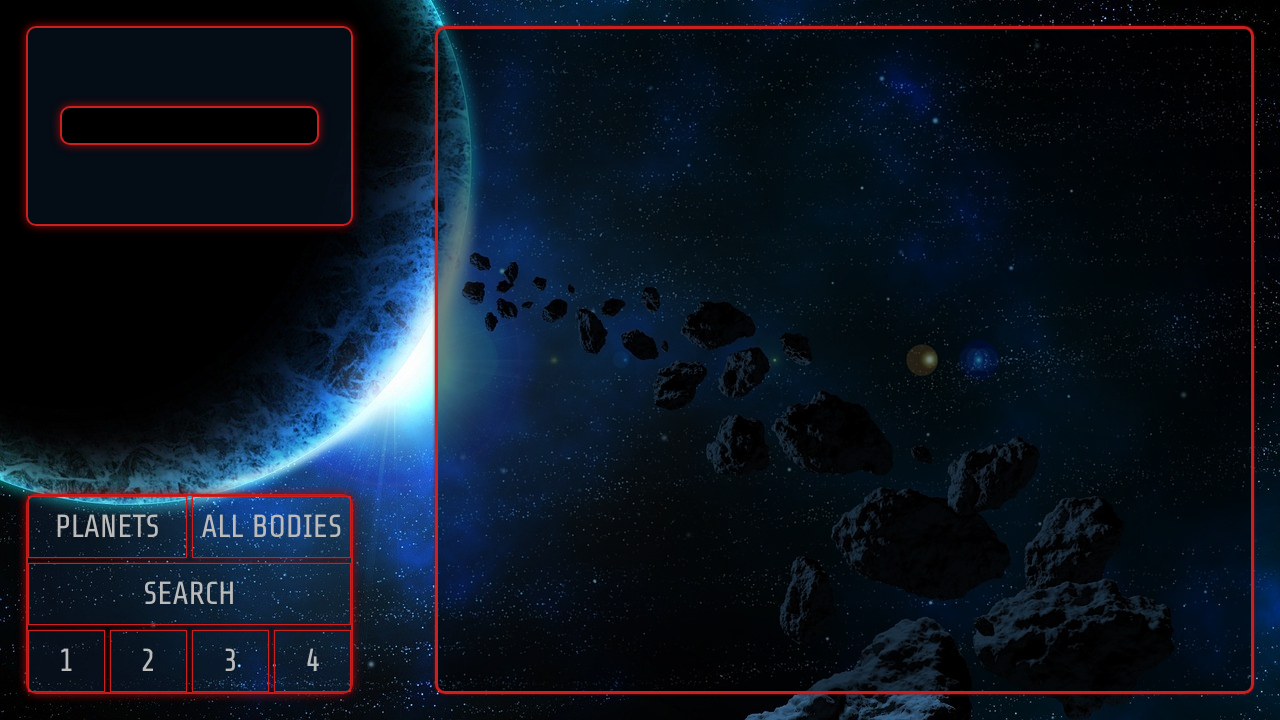
Repository: Przemek-Szadkowski/space-bodies
Page: /
The author's editor kept a copy of each file at every save. The page is drawn from the files as they stood at one save, then again after the next save.
The browser window is 1280 px wide. The pictures show the whole page.
The page's requests for data from a server got no answer. The project was rebuilt for these pictures with package versions that can differ from the ones it lists, and the page was loaded fresh each time. No one was signed in, and anything a server would have sent is missing. Also part of the build but not shown: src/components/BodieRecord.js.

Above is the page before, as saved 2021-11-27 15:23:29.

### public/index.html
<!DOCTYPE html>
<html lang="en">
  <head>
    <meta charset="utf-8" />
    <meta name="viewport" content="width=device-width, initial-scale=1" />
    <meta />
    <title>Space-bodies</title>
    <link
      href="https://fonts.googleapis.com/css2?family=Share+Tech&display=swap"
      rel="stylesheet"
    />
  </head>
  <body>
    <noscript>You need to enable JavaScript to run this app.</noscript>
    <div id="root"></div>
  </body>
</html>

### src/index.css
* {
  margin: 0;
  padding: 0;
  box-sizing: border-box;
  font-family: "Share Tech", sans-serif;
}

body {
  height: 100vh;
  width: 100%;
  background-image: url(./images/space-g1a6520065_1280.jpg);
  background-position: center;
  background-repeat: no-repeat;
  background-size: cover;
  overflow: hidden;
  transition: 1s;
}

main {
  height: 100vh;
  width: 100%;
  padding: 2%;
  display: grid;
  grid-template-columns: 1fr 2fr;
  grid-template-rows: 1fr 1fr;
}

/***DASHBOARD ***/

.dashboard {
  display: grid;
  grid-template-columns: repeat(4, 1fr);
  grid-template-rows: repeat(3, 1fr);
  column-gap: 5px;
  row-gap: 5px;
  align-self: end;
  justify-self: start;
  grid-area: 2/1/3/2;
  height: 200px;
  width: 80%;
  border: 2px solid rgb(202, 32, 32);
  border-radius: 10px;
  box-shadow: 0 0 10px rgb(155, 11, 11);
}

.dashboard__btn {
  display: flex;
  justify-content: center;
  align-items: center;
  height: 100%;
  width: 100%;
  color: #bbb;
  font-size: 2rem;
  border: 1px solid rgb(202, 32, 32);
  box-shadow: 0 0 3px rgb(155, 11, 11);
  background-color: transparent;
  transition: 0.5s;
  text-transform: uppercase;
  background-color: rgba(39, 123, 201, 0.1);
}

.dashboard__btn:hover {
  cursor: pointer;
  box-shadow: 0 0 30px rgb(155, 11, 11);
  color: rgba(202, 32, 32, 0.9);
  background-color: rgba(0, 0, 0, 0.3);
}

.dashboard__btn__main:nth-child(1) {
  grid-column: 1/3;
}

.dashboard__btn__main:nth-child(2) {
  grid-column: 3/5;
}

.dashboard__btn__start {
  grid-column: 1/5;
}

/*** MAIN TEXT AREA ***/

.text {
  display: flex;
  justify-content: center;
  align-items: center;
  grid-area: 1/2/3/3;
  height: 100%;
  width: 100%;
  border: 3px solid rgb(202, 32, 32);
  box-shadow: 0 0 3px rgb(155, 11, 11);
  border-radius: 10px;
  background-color: rgba(0, 0, 0, 0.5);
  overflow: scroll;
  -ms-overflow-style: none; /* IE and Edge */
  scrollbar-width: none; /* Firefox */
}

.text::-webkit-scrollbar {
  display: none; /* Chrome, Opera */
}

.mainList {
  width: 99%;
  height: 100%;
  padding: 5px 0;
  border-radius: 10px;
  display: grid;
  grid-template-columns: repeat(4, 1fr);
  grid-template-rows: auto;
  gap: 7px;
}

.record {
  color: rgba(202, 32, 32, 0.7);
  width: 100%;
  display: grid;
  grid-template-columns: 1fr;
  grid-template-rows: 1fr;
  background-color: rgba(39, 123, 201, 0.1);
  border: 2px solid rgb(6, 32, 56);
  border-radius: 10px;
  padding: 15px;
  transition: 0.5s;
}

.record:hover {
  cursor: pointer;
  background-color: rgba(39, 123, 201, 0.3);
  color: rgba(202, 32, 32, 0.9);
}

.record p {
  width: 100%;
  font-size: 1.8rem;
  margin-left: 20px;
  margin-bottom: 10px;
}

.record p.bodie-data {
  font-size: 1rem;
  color: #bbb;
  margin-bottom: 0px;
}

/*** SEARCH INPUT ***/

.search {
  display: grid;
  grid-template-columns: 1fr;
  grid-template-rows: 1fr;
  justify-items: center;
  align-items: center;
  grid-area: 1/1/2/2;
  height: 200px;
  width: 80%;
  border: 2px solid rgb(202, 32, 32);
  border-radius: 10px;
  box-shadow: 0 0 10px rgb(155, 11, 11);
  background-color: rgba(39, 123, 201, 0.1);
}

.search input {
  height: 20%;
  width: 80%;
  border: 2px solid rgb(202, 32, 32);
  border-radius: 10px;
  box-shadow: 0 0 10px rgb(155, 11, 11);
  background-color: #000;
  color: rgba(202, 32, 32, 0.7);
  font-size: 1.2rem;
  padding: 0 10px;
}

.search input:focus {
  outline: none;
  border: 2px solid rgb(39, 123, 201);
  box-shadow: 0 0 10px rgb(39, 123, 201);
}

### src/App.js
import React, { useState, useEffect } from 'react';
import BodiesTable from "./components/BodiesTable";
import Dashboard from "./components/Dashboard";
import SearchInput from './components/SearchInput';

const ENDPOINT = 'https://api.le-systeme-solaire.net/rest/bodies/';

function App() {

  const [bodies, setBodies] = useState([]);
  const [arePlanets, setArePlanets] = useState(false);
  const [isSearchInput, setIsSearchInput] = useState(true);

  const getData = async () => {
    const response = await fetch(ENDPOINT);
    const bodiesData = await response.json();
    setBodies(bodiesData);
  }

  const showPlanets = () => {
    setArePlanets(true);
  }

  const showAllBodies = () => {
    setArePlanets(false);
  }

  const showSearchInput = () => {
    setIsSearchInput(true);
  }

  const hideSearchInput = () => {
    setIsSearchInput(false);
  }

  useEffect(() => {
      getData();
  }, []);

  return (
    <main>
      {isSearchInput ? <SearchInput/> : null}
      <Dashboard showPlanets={showPlanets} showAllBodies={showAllBodies}/>
      <BodiesTable bodies={arePlanets ? bodies.bodies.filter(body => body.isPlanet) : bodies.bodies}/>
    </main>
  );
}

export default App;

### src/components/BodiesTable.js
import React from 'react';
import BodieRecord from './BodieRecord';

export default function BodiesTable(props) {
    return (
        <div className="text">
            <div className="mainList">
               {props.bodies && props.bodies.map( bodie => {
                   return <BodieRecord key={bodie.id} data={bodie}/>
               })}
            </div>
        </div>
    )
}

### src/components/Dashboard.js
import React from 'react'

export default function Dashboard(props) {
    return (
        <div className="dashboard">
            <button
            className="dashboard__btn dashboard__btn__main dashboard__btn__main__planets" onClick={props.showPlanets}>Planets</button>
            <button className="dashboard__btn dashboard__btn__main" onClick={props.showAllBodies}>All bodies</button>
            <button className="dashboard__btn dashboard__btn__start">Search</button>
            <button className="dashboard__btn dashboard__btn__options">1</button>
            <button className="dashboard__btn dashboard__btn__options">2</button>
            <button className="dashboard__btn dashboard__btn__options">3</button>
            <button className="dashboard__btn dashboard__btn__options">4</button>
        </div>
    )
}

### src/components/SearchInput.js
import React from 'react'

export default function SearchInput() {
    return (
        <div className="search">
            <input type="search" />
        </div>
    )
}

Loaded but not shown: src/index.js (common file)

After the next save:
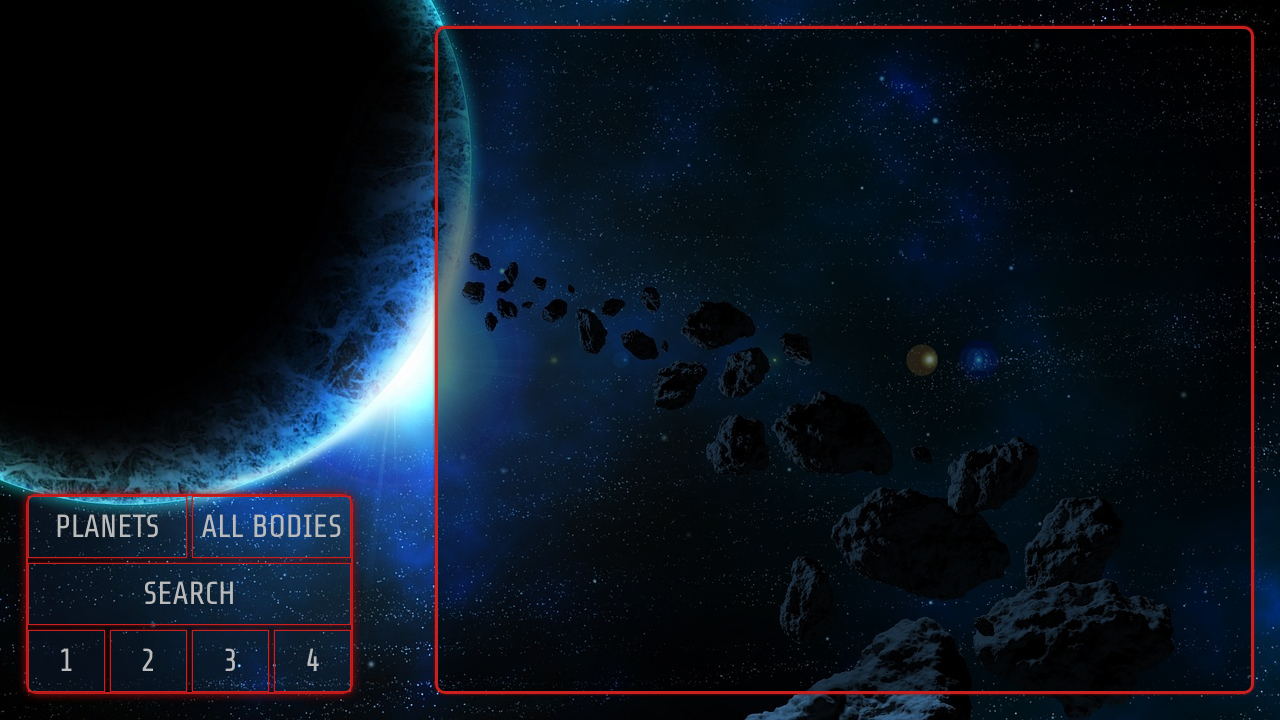
Saved 2 min 14 s later.
--- a/src/App.js
+++ b/src/App.js
@@ -9,7 +9,7 @@ function App() {
 
   const [bodies, setBodies] = useState([]);
   const [arePlanets, setArePlanets] = useState(false);
-  const [isSearchInput, setIsSearchInput] = useState(true);
+  const [isSearchInput, setIsSearchInput] = useState(false);
 
   const getData = async () => {
     const response = await fetch(ENDPOINT);
@@ -39,7 +39,7 @@ function App() {
 
   return (
     <main>
-      {isSearchInput ? <SearchInput/> : null}
+      {isSearchInput ? <SearchInput showSearchInput={showSearchInput}/> : null}
       <Dashboard showPlanets={showPlanets} showAllBodies={showAllBodies}/>
       <BodiesTable bodies={arePlanets ? bodies.bodies.filter(body => body.isPlanet) : bodies.bodies}/>
     </main>
